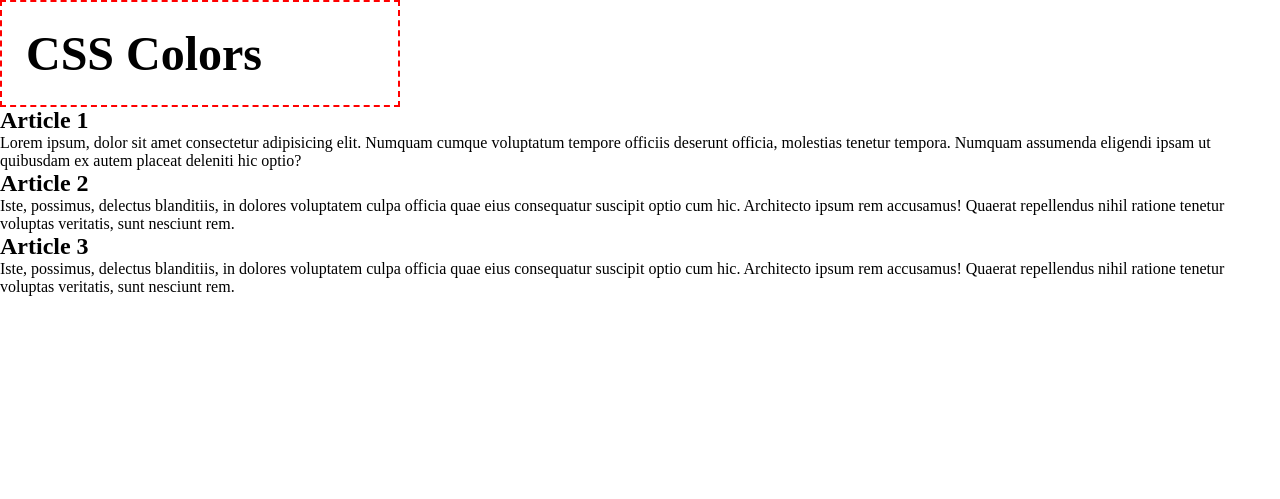
Repository: madhurik9999/Css
Page: index.html
An editor plug-in stored every save of this project. The page is shown before and after the next save, followed by the edit.
The browser window is 1280 px wide. The pictures show the whole page.

Above is the page before, as saved 2023-12-09 11:31:33.

After the next save:
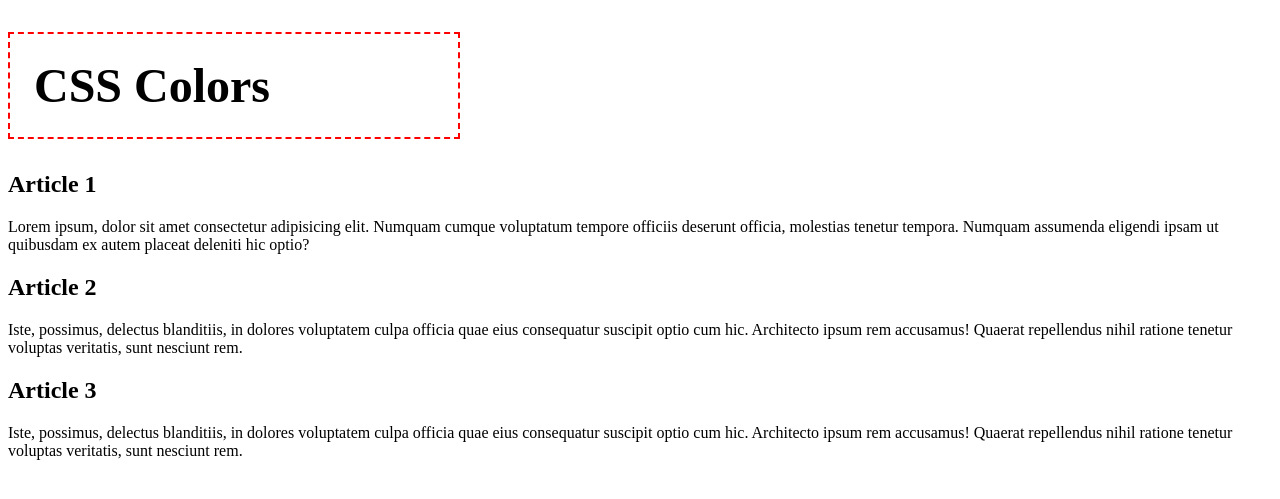
Saved 14 min 0 s later.
--- a/styles/style.css
+++ b/styles/style.css
@@ -76,7 +76,7 @@
 } */
 
 /* CSS BOX MODEL */
-* {
+/* * {
     margin: 0;
     padding: 0;
     box-sizing: border-box;
@@ -87,4 +87,12 @@
     width: 400px;
     font-size: 3rem;
     padding: 0.5em;
+} */
+
+/* /Box Modal */
+h1 {
+    border: 2px dashed red;
+    width: 400px;
+    font-size: 3rem;
+    padding: 0.5em;
 }

After the save that followed:
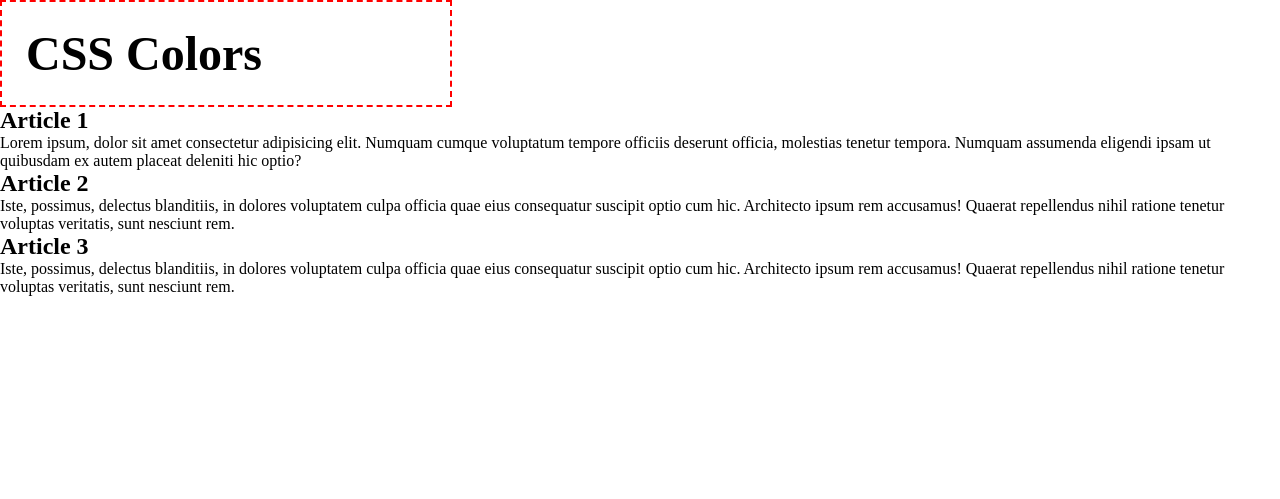
Saved 10 min 23 s later.
--- a/styles/style.css
+++ b/styles/style.css
@@ -90,6 +90,12 @@
 } */
 
 /* /Box Modal */
+* {
+    margin: 0;
+    padding: 0;
+    box-sizing: content-box;
+}
+
 h1 {
     border: 2px dashed red;
     width: 400px;
